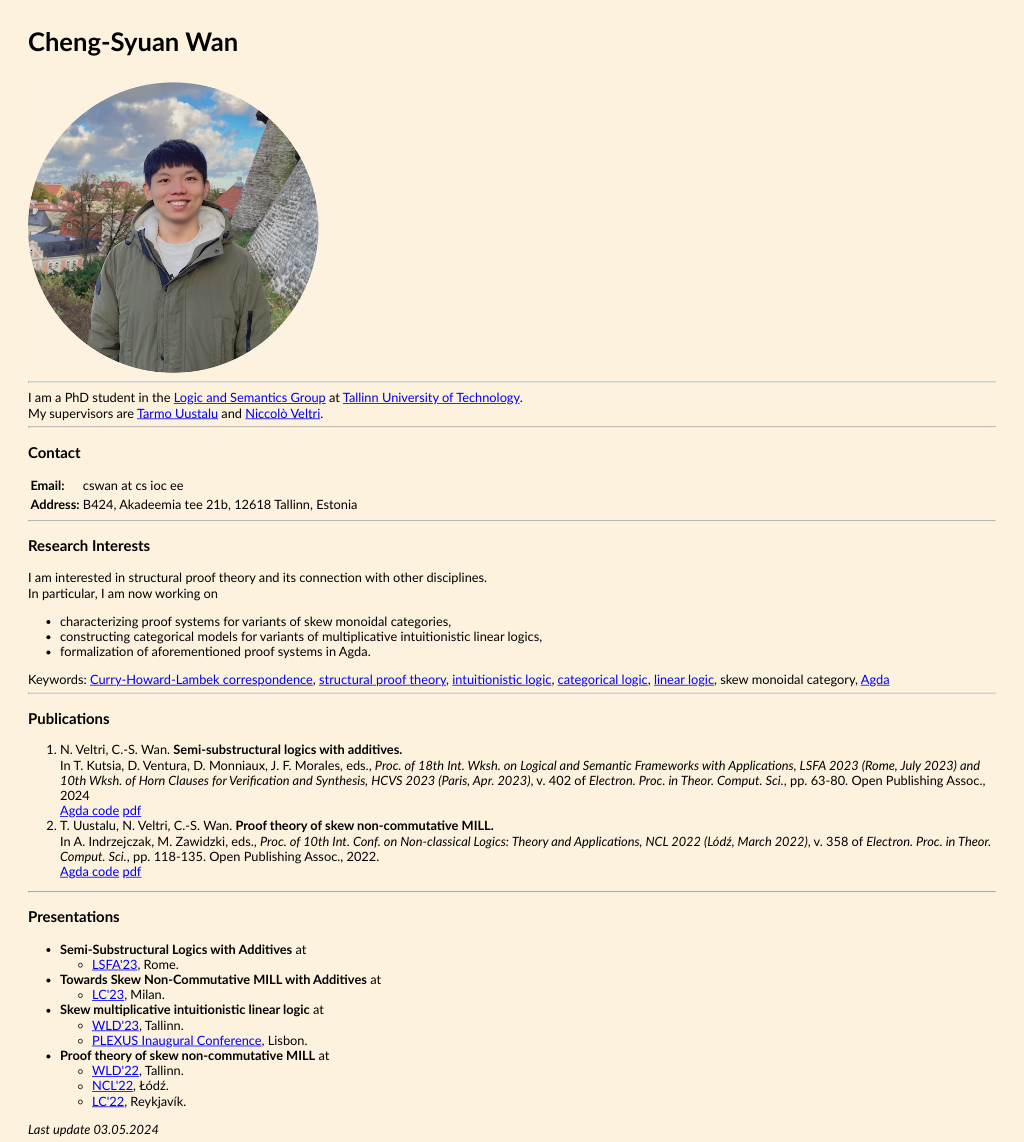
Repository: cswphilo/cswphilo.github.io
Page: index.html
An editor plug-in stored every save of this project. The page is shown before and after the next save, followed by the edit.
The browser window is 1280 px wide. The pictures show the whole page, at 80% of full size.

Above is the page before, as saved 2024-05-03 09:10:41.

After the next save:
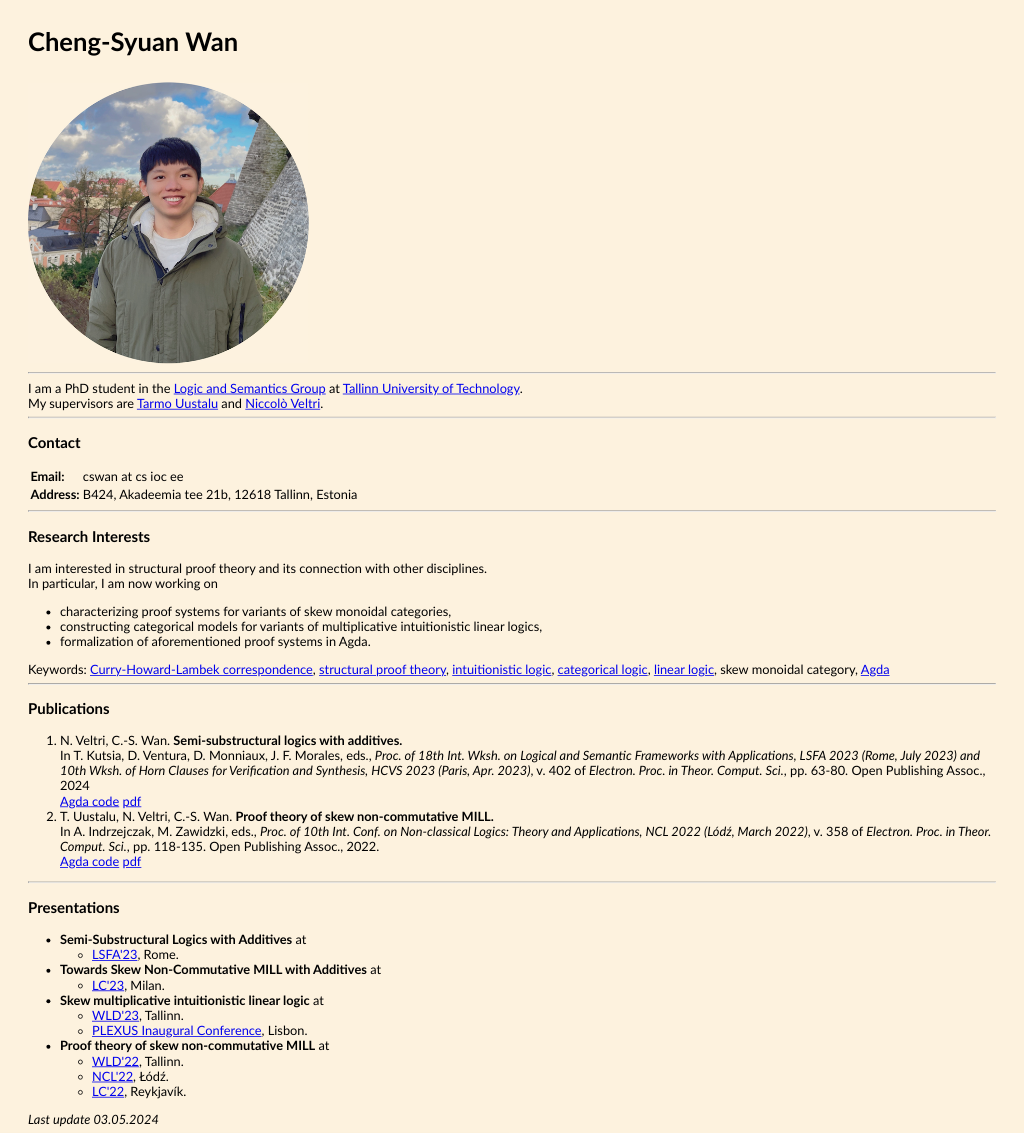
Saved 4 min 41 s later.
--- a/index.html
+++ b/index.html
@@ -20,7 +20,7 @@
 </head>
 <body>
     <div><h1><p>Cheng-Syuan Wan</p></h1>
-        <img src="avatar.PNG" style="width:30%;height:30%;">
+        <img src="avatar.PNG" style="width:29%;height:29%;">
     </div>
     <hr/>
     <div>

After the 2 saves that followed:
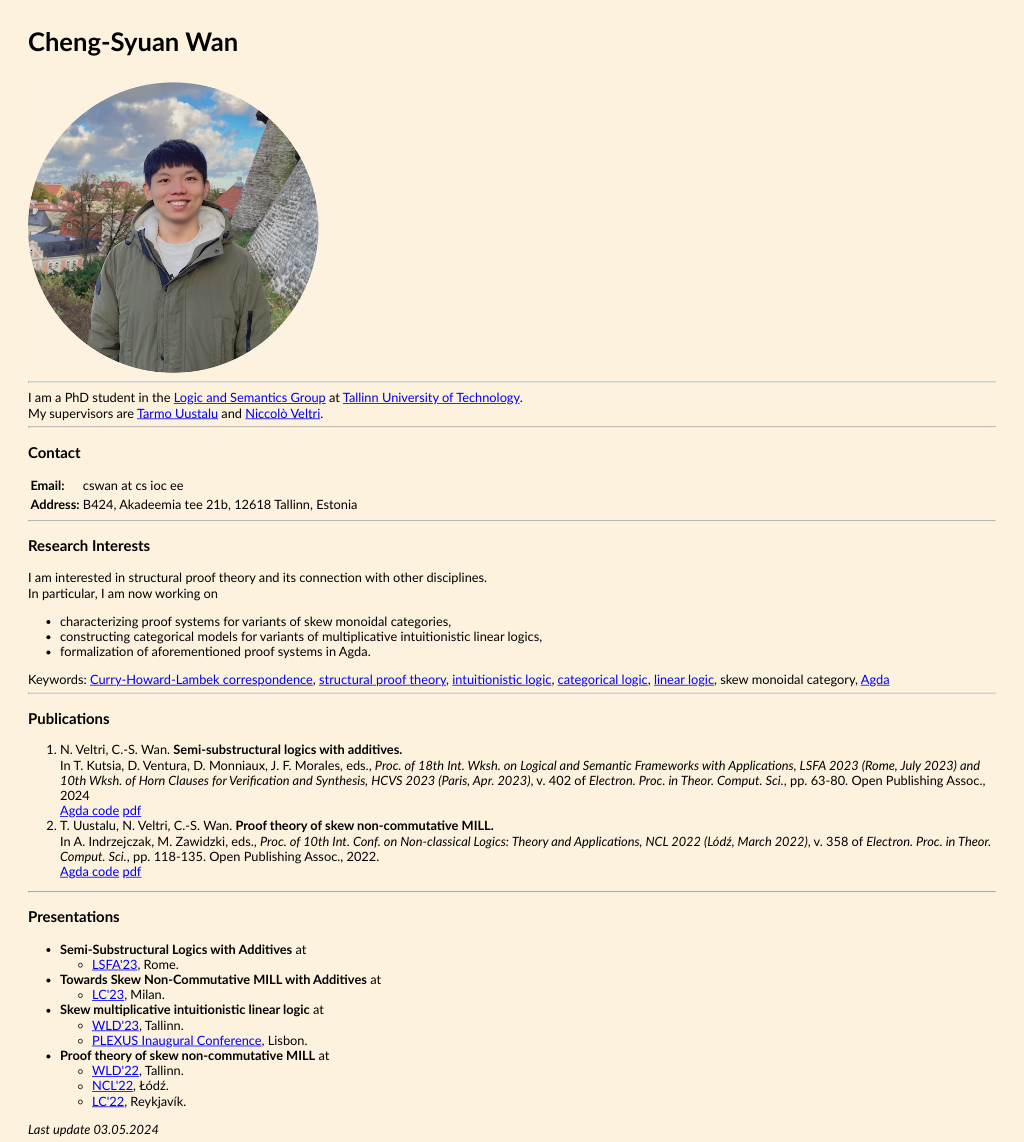
The 2 saves are shown as one change because 1 left the picture as it was.
The last was saved 2 min 25 s later.
--- a/index.html
+++ b/index.html
@@ -20,7 +20,7 @@
 </head>
 <body>
     <div><h1><p>Cheng-Syuan Wan</p></h1>
-        <img src="avatar.PNG" style="width:29%;height:29%;">
+        <img src="avatar2.png" style="width:30%;height:30%;">
     </div>
     <hr/>
     <div>
